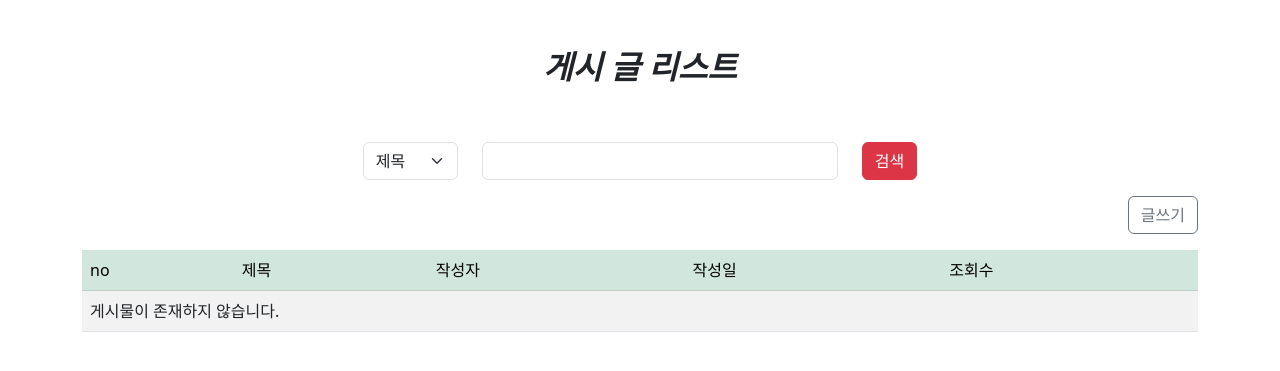
Repository: lopanghub/git_study
Page: http://localhost/JSPPracticech06/WEB-INF/board/boardList.jsp
These files come from the project's save history. The page is drawn as it stood at one moment and after the next save; the edit follows.
The browser window is 1280 px wide. The pictures show the whole page.
The page is served by Tomcat 9. Nobody is signed in. Other server files are loaded and not shown. The template is opened directly, without the code that normally fills it, so the values that code supplies are empty.

Above is the page before, as saved 2024-04-09 07:26:56.

### JSPStudy/JSPPracticech06/src/main/webapp/WEB-INF/board/boardList.jsp
<%@page import="java.util.ArrayList"%>
<%@page import="com.jsppractice.ch06.vo.Board"%>
<%@page import="java.util.List"%>
<%@page import="java.sql.ResultSet"%>
<%@page import="java.sql.PreparedStatement"%>
<%@page import="java.sql.DriverManager"%>
<%@page import="java.sql.Connection"%>
<%@ page language="java" contentType="text/html; charset=UTF-8"
	pageEncoding="UTF-8"%>
<%@taglib prefix="c" uri="http://java.sun.com/jsp/jstl/core"%>
<!DOCTYPE html>
<html>
<head>
<meta charset="UTF-8">
<meta name="viewport" content="width=device-width, intial-scale=1">
<title>JSP페이지에서 데이터베이스에 접속해 데이터 읽어오기</title>
<link href="bootstrap/bootstrap.min.css" rel="stylesheet">
</head>
<body>
	<div class="container">
		<!-- 타이틀 -->
		<div class="row my-5">
			<div class="col text-center">
				<h1 class="fw-bolder fst-italic fs-2">게시 글 리스트</h1>
			</div>
		</div>

		<!-- 검색폼  -->
		<form name="searchForm" id="searchForm" action="#"
			class="row justify-content-center my-3">
			<div class="col-auto">
				<select name="type" class="form-select">
					<option value="title">제목</option>
					<option value="writer">작성자</option>
					<option value="content">내용</option>
				</select>
			</div>
			<div class="col-4">
				<input type="text" name="keyword" id="keyword" class="form-control">
			</div>
			<div class="col-auto">
				<input type="submit" class="btn btn-danger" value="검색" />
			</div>
		</form>

		<!-- 글쓰기 버튼 -->
		<div class="row">
			<div class="col text-end">
				<a href="writeForm" class="btn btn-outline-secondary">글쓰기</a>
			</div>
		</div>

		<!-- 테이블 -->
		<div class="row my-3">
			<div class="col">
				<table class="table table-striped ">
					<thead>
						<tr class="table-success">
							<td>no</td>
							<td>제목</td>
							<td>작성자</td>
							<td>작성일</td>
							<td>조회수</td>
						</tr>
					</thead>

					<tbody class="table table-waring">
					<c:if test="${not empty bList }">
						<!-- items에 스크립틀릿에서 정의한 boardList를 표현식으로 지정할 수 있다. -->
						<c:forEach var="board" items="${bList }">
							<tr>
								<td>${ board.no }</td>
								<td>${ board.title }</td>
								<td>${ board.writer }</td>
								<td>${ board.regDate }</td>
								<td>${ board.readCount }</td>
							</tr>
						</c:forEach>
					</c:if>
					<c:if test="${empty bList }">
						<tr>
							<td colspan="5">게시물이 존재하지 않습니다.</td>
						</tr>
					</c:if>
					</tbody>
				</table>
			</div>
		</div>
	</div>
	<script src="bootstrap/bootstrap.bundle.min.js"></script>
</body>
</html>

Loaded but not shown: JSPStudy/JSPPracticech06/src/main/webapp/bootstrap/bootstrap.min.css (library); JSPStudy/JSPPracticech06/src/main/webapp/bootstrap/bootstrap.bundle.min.js (library)

After the next save:
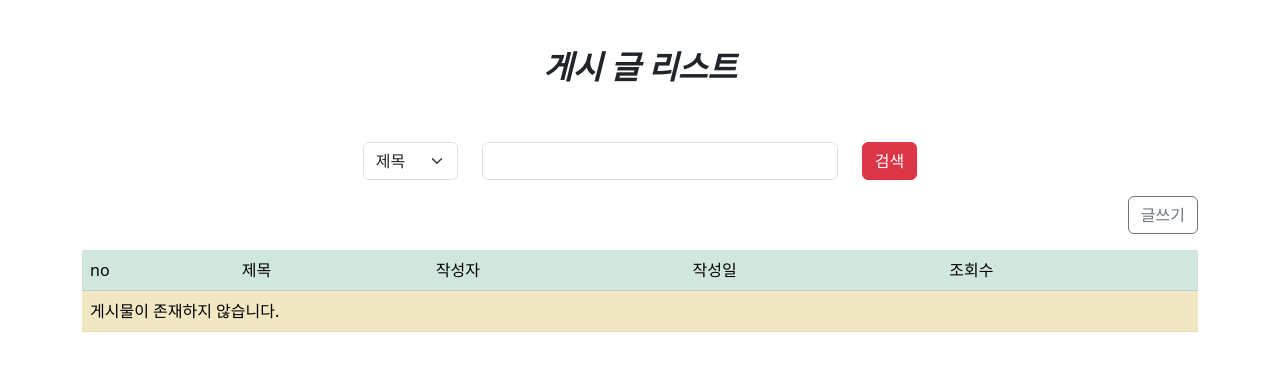
Saved 3 s later.
--- a/JSPStudy/JSPPracticech06/src/main/webapp/WEB-INF/board/boardList.jsp
+++ b/JSPStudy/JSPPracticech06/src/main/webapp/WEB-INF/board/boardList.jsp
@@ -64,7 +64,7 @@
 						</tr>
 					</thead>
 
-					<tbody class="table table-waring">
+					<tbody class="table table-warning">
 					<c:if test="${not empty bList }">
 						<!-- items에 스크립틀릿에서 정의한 boardList를 표현식으로 지정할 수 있다. -->
 						<c:forEach var="board" items="${bList }">
